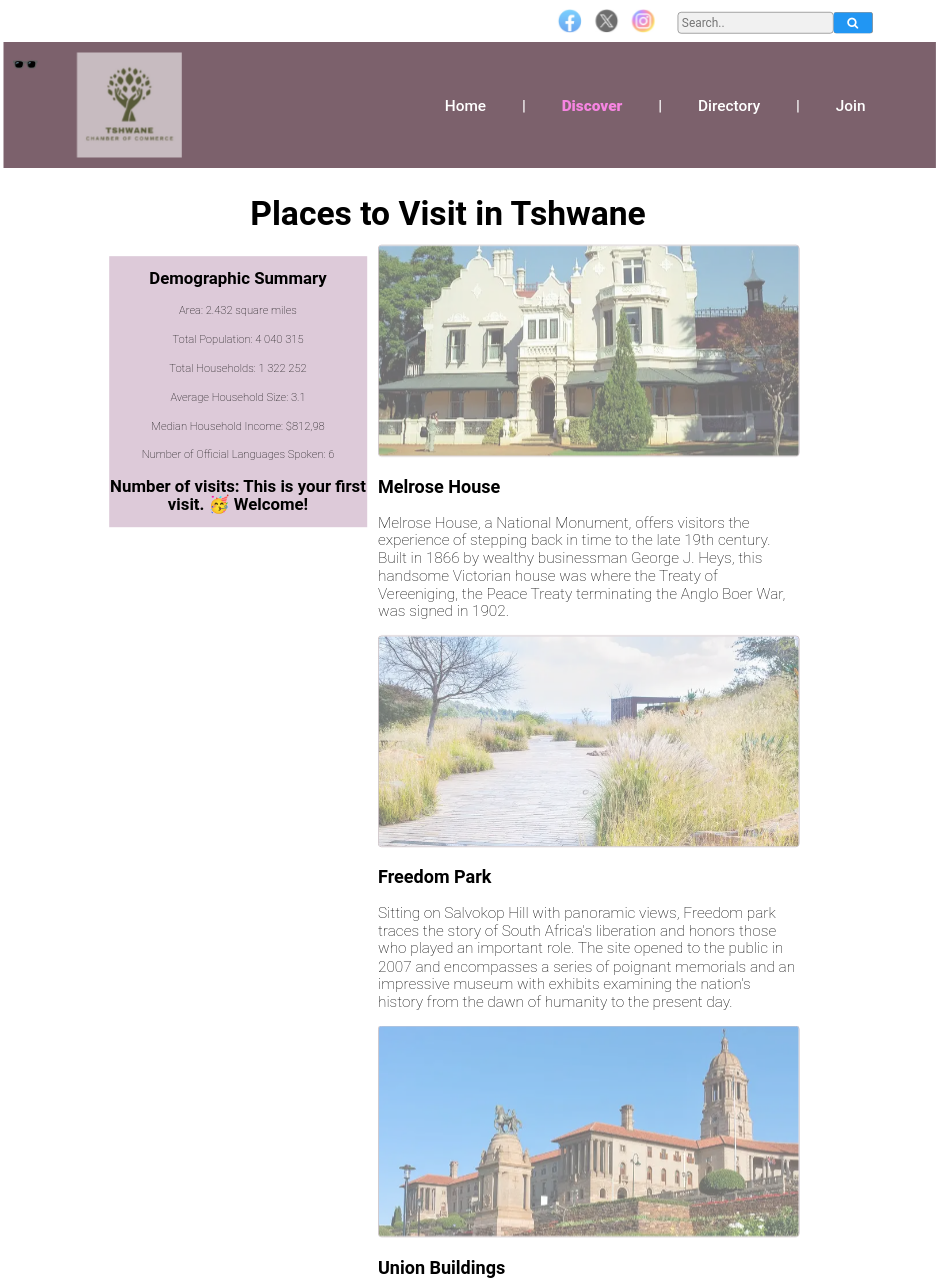
Repository: mszakutumela/wdd230
Page: chamber/discover.html
These files come from the project's save history. The page is drawn as it stood at one moment and after the next save; the edit follows.
The browser window is 1280 px wide. The page is 1337 px wide, so the pictures cover 1337 px, including what lies to the right of the window. The pictures show the part of the page from y = 0 to 1840 px (the page is 4226 px tall), at 70% of full size.
Some web fonts or font styles are not loaded; a fallback is used.

Above is the page before, as saved 2024-02-23 01:48:26.

### chamber/discover.html
<!DOCTYPE html>
<html lang="en">

<head>
    <meta charset="UTF-8">
    <meta http-equiv="X-UA-Compatible" content="IE=edge">
    <meta name="viewport" content="width=device-width, initial-scale=1.0">
    <title>Tshwane Chamber of Commerce Website - Discover Page</title>
    <meta name="description" content="Chamber of Commerce Website, Discover Page. WDD230 Project">
    <meta name="author" content="Ayanda Ndlovu">
    <meta property="og:title" content="Ayanda Ndlovu - Tshwane Chamber of Commerce">
    <meta property="og:type" content="website">
    <meta property="og:image" content="https://upload.wikimedia.org/wikipedia/commons/6/6b/Uniegebou.jpg">
    <meta property="og:url" content="https://mszakutumela.github.io/wdd230/chamber">
    <link rel="preconnect" href="https://fonts.googleapis.com">
    <link rel="preconnect" href="https://fonts.gstatic.com" crossorigin>
    <link
        href="https://fonts.googleapis.com/css2?family=Roboto+Serif:ital,opsz,wght@0,8..144,300;0,8..144,400;0,8..144,500;0,8..144,700;1,8..144,300;1,8..144,400;1,8..144,500;1,8..144,700&display=swap"
        rel="stylesheet">
    <link rel="stylesheet" href="styles/normalize.css">
    <link rel="stylesheet" href="styles/base.css">
    <link rel="stylesheet" href="styles/larger.css">
    <link rel="stylesheet" href="https://cdnjs.cloudflare.com/ajax/libs/font-awesome/4.7.0/css/font-awesome.min.css">
    <link rel="icon" href="favicon.ico">
</head>

<body>
    <header>
        <div class="socialHeader">
            <a href="https://facebook.com" target="_blank">
                <img src="images/FB_icon.webp" alt="fb icon">
            </a>
            <a href="https://twitter.com" target="_blank">
                <img src="images/twitter_icon.webp" alt="twitter icon">
            </a>
            <a href="https://instagram.com" target="_blank">
                <img src="images/Instagram_icon.webp" alt="instagram icon">
            </a>
        </div>
        <div class="container-a">
            <form class="searchBar" action="/action_page.php">
                <input type="text" placeholder="Search.." name="search">
                <button type="submit">
                    <i class="fa fa-search"></i>
                </button>
            </form>
        </div>
        <div id="darkButton">
            🕶️
        </div>
    </header>

    <nav>
        <div id="titleHeader">
            <img id="logoHeader" src="images/Logo(1).webp" alt="Logo of Tshwane Chamber of Commerce Website">
        </div>
        <button id="menuButton"></button>
        <ul class="menuLinks">
            <li><a id="mLinks1" href="index.html" title="Home">Home</a></li>
            <li><a id="line1" title="verticalLine">|</a></li>
            <li class="current-menu-item"><a id="mLinks2" class="active" href="discover.html"
                    title="Discover">Discover</a></li>
            <li><a id="line2" title="verticalLine">|</a></li>
            <li><a id="mLinks3" href="directory.html" title="Directory">Directory</a></li>
            <li><a id="line3" title="verticalLine">|</a></li>
            <li><a id="mLinks4" href="join.html" title="Join">Join</a></li>
        </ul>
    </nav>

    <main>
        <div class="discover">
            <h1>Places to Visit in Tshwane</h1>

            <section class="demographics">
                <h2>Demographic Summary</h2>
                <p><strong>Area:</strong> 2.432 square miles</p>
                <p><strong>Total Population:</strong> 4 040 315</p>
                <p><strong>Total Households:</strong> 1 322 252</p>
                <p><strong>Average Household Size:</strong> 3.1</p>
                <p><strong>Median Household Income:</strong> $812,98</p>
                <p><strong>Number of Official Languages Spoken:</strong> 6</p>
                <h2>Number of visits: <span class="visits"></span></h2>
            </section>
            <hr>
            <section class="discoverIMG">
                <picture>
                    <img src="images/south-africa-pretoria-melrose-house.webp" alt="Melrose House in Tshwane"
                        loading="lazy" width="500" height="auto">
                </picture>
                <h3>Melrose House</h3>
                <p>
                    Melrose House, a National Monument, offers visitors the experience of stepping back in time to the
                    late 19th century.
                    Built in 1866 by wealthy businessman George J. Heys, this handsome Victorian house was where the
                    Treaty of Vereeniging,
                    the Peace Treaty terminating the Anglo Boer War, was signed in 1902.
                </p>
                <picture>
                    <img src="images/south-africa-pretoria-top-attractions-freedom-park.webp"
                        alt="Freedom Park in Tshwane" loading="lazy" width="500" height="auto">
                </picture>
                <h3>Freedom Park</h3>
                <p>
                    Sitting on Salvokop Hill with panoramic views, Freedom park traces the story of South Africa's
                    liberation and honors those who played an important role.
                    The site opened to the public in 2007 and encompasses a series of poignant memorials and an
                    impressive museum with exhibits examining the nation's history
                    from the dawn of humanity to the present day.
                </p>
                <picture>
                    <img src="images/south-africa-pretoria-union-buildings.webp" alt="Union Buildings in Tshwane"
                        loading="lazy" width="500" height="auto">
                </picture>
                <h3>Union Buildings</h3>
                <p>
                    Set in beautiful gardens, the Union Buildings command the highest point of the city on Meintjieskop
                    Hill near historic Church Square, site
                    of the city's first settlement. Designed by Sir Herbert Baker in 1913, this impressive range of
                    sandstone buildings mixes Italian Renaissance,
                    English Renaissance, and Cape Dutch styles. It's the seat of government and also houses the offices
                    of the president and the state archives.
                </p>
                <picture>
                    <img src="images/south-africa-pretoria-voortrekker-monument.webp"
                        alt="Voortrekker Monument in Tshwane" loading="lazy" width="500" height="auto">
                </picture>
                <h3>Voortrekker Monument</h3>
                <p>
                    High on a hilltop south of the city center, the Voortrekker Monument is a South African National
                    Heritage site and one of the country's most visited
                    historic monuments. It was built in 1949 to commemorate the Voortrekkers, the Boers who pushed
                    northward into unknown territory in the mid 19th-century.
                    This 40-meter-high square granite structure is a prominent landmark in the city with steps leading
                    up to the Hall of Heroes, where 27 marble reliefs depict
                    the Great Trek of 1838. Surrounding the monument is a wall depicting ox-wagons representing the trek
                    wagons. On 16 December each year, a shaft of sunlight
                    shines through an opening in the dome and illuminates a cenotaph below, which reads. "Ons vir jou,
                    Suid-Afrika" ("We are for you, South Africa").
                </p>
                <picture>
                    <img src="images/south-africa-pretoria-zoo.webp" alt="Zoo in Tshwane" loading="lazy" width="500"
                        height="auto">
                </picture>
                <h3>Tshwane Zoo</h3>
                <p>
                    Spanning 85 hectares, the National Zoological Gardens of South Africa provides a full day of animal
                    fun for the family. This large zoo encompasses a
                    walk-through aviary, a reptile house with a collection of animals from all over the world, as well
                    as the country's only inland aquarium where visitors
                    can see many species of fish including ragged tooth sharks. Among the large mammal collection,
                    highlights include the lion and tiger exhibit, hippos,
                    and elephants. To tour the zoo, visitors can rent golf carts by the hour, ride the cableway for a
                    bird's-eye view, or stroll along the paths for a close-up
                    look at the animals; wear comfortable shoes as the grounds are expansive. Night visits and overnight
                    camping adventures are also available.
                </p>
                <picture>
                    <img src="images/ditsong-museum-south-africa-pretoria.webp" alt="Ditsong Museum in Tshwane"
                        loading="lazy" width="500" height="auto">
                </picture>
                <h3>Ditsong Museum</h3>
                <p>
                    Ditsong Museums of South Africa is a group of eight national museums with significant cultural
                    collections. The Ditsong National Museum of Natural History,
                    formerly known as the Transvaal Museum, has an extraordinary collection of mammals, amphibians,
                    fossils, geological specimens, and archaeological material.
                </p>
            </section>

        </div>
    </main>

    <footer>
        <div class="socialFooter">
            <a href="https://facebook.com" target="_blank">
                <img src="images/FB_icon.webp" alt="fb icon">
            </a>
            <a href="https://twitter.com" target="_blank">
                <img src="images/twitter_icon.webp" alt="twitter icon">
            </a>
            <a href="https://instagram.com" target="_blank">
                <img src="images/Instagram_icon.webp" alt="instagram icon">
            </a>
        </div>
        <div class="footer-info">
            <p>
                &copy; <span id="year"></span> | Tshwane Chamber of Commerce | WDD230 Project | Ayanda Ndlovu |
                Centurion
                - South Africa
            </p>
            <p>Last modified: <span id="lastModified"></span></p>
        </div>
        <div id="titleFooter">
            <a href="index.html">
                <img id="logoFooter" src="images/Logo(1).webp" alt="Logo of Tshwane Chamber of Commerce Website">
            </a>
        </div>
    </footer>
    <script src="scripts/scripts.js"></script>
</body>

</html>

### chamber/styles/base.css
/* Home Page */

body {
    display: flex;
    flex-direction: column;
    min-height: 100vh;
    background-color: white;
    font-family: 'Roboto', sans-serif;
    font-weight: 200;
    font-size: 22px;
    line-height: 1.15em;
    margin: 0;
    padding: 5px;
}

h1,
h2,
h3,
h4,
h5,
h6 {
    font-family: 'Roboto', sans-serif;
}

#titleHeader {
    display: flex;
    flex-direction: row;
    justify-content: center;
    align-items: center;
    padding: 5px;
    gap: 20px;
}

header {
    display: flex;
    flex-wrap: wrap;
    justify-content: right;
    margin-right: 25px;
    padding: .2rem;
    gap: 1rem;
    align-items: center;
}

/* Dark button */

#darkButton {
    position: absolute;
    left: 1rem;
    font-size: 2rem;
    cursor: pointer;
    top: 5rem;
}

/* Social Media Links */

.socialHeader {
    padding: 5px;
    display: flex;
    align-items: center;
    justify-content: right;
    gap: 0.5rem;
    width: 150px;
}

/* Search Bar */

.container-a {
    display: flex;
    justify-content: flex-end;
}

/* div.container-a > div {
    box-sizing: border-box;
    margin-right: 3%;
} */

form.searchBar input[type=text] {
    box-sizing: border-box;
    padding: 5px;
    font-size: 17px;
    border: 1px solid grey;
    float: left;
    width: 80%;
    background: #f1f1f1;
}

form.searchBar button {
    float: left;
    justify-content: space-around;
    width: 20%;
    border-radius: 4px;
    padding: 5px;
    background-color: #2196F3;
    color: white;
    font-size: 17px;
    border: 1px solid grey;
    border-left: none;
    cursor: pointer;
}

form.searchBar button:hover {
    background: #0b7dda;
}

/* form.searchBar::after {
    content: " ";
    clear: both;
    display: table;
} */

/* Logo and navigation bar */

img#logoHeader {
    max-width: 200px;
    justify-self: center;
    align-self: center;
}

nav {
    background-color: #7C616C;
    width: 100%;
    height: 80px;
    padding: 50px 50px;
    margin: auto;
    display: flex;
    flex-direction: row;
    justify-content: center;
    align-items: center;
    color: white;
}

nav #line1,
#line2,
#line3 {
    display: none;
}

#menuButton {
    position: absolute;
    top: 5rem;
    right: 2vw;
    background: none;
    border: none;
    color: #E5E9EC;
    cursor: pointer;
    font-size: 2rem;
    width: 44px;
    text-align: right;
    padding: .25rem 2vw;
}

#menuButton::before {
    font-size: 2rem;
    content: "\2630";
}

#menuButton.open::before {
    font-size: 1.5rem;
    content: "❎";
}

.menuLinks {
    color: black;
    display: flex;
    flex-direction: column;
    list-style: none;
    margin: 0;
    padding: 0;
    justify-content: space-around;
}

ul.menuLinks li a {
    display: block;
    justify-content: center;
    color: black;
    padding: .75rem 2vw;
    text-decoration: none;
    font-weight: 500;
}

.menuLinks li #mLinks1:hover {
    text-decoration: underline;
    color: #E5E9EC;
    font-weight: 900;
    display: flex;
}

.menuLinks li #mLinks2:hover {
    text-decoration: underline;
    color: #E5E9EC;
    font-weight: 900;
    display: flex;
}

.menuLinks li #mLinks3:hover {
    text-decoration: underline;
    color: #E5E9EC;
    font-weight: 900;
    display: flex;
}

.menuLinks li #mLinks4:hover {
    text-decoration: underline;
    color: #E5E9EC;
    font-weight: 900;
    display: flex;
}

ul.menuLinks {
    display: none;
    list-style-type: none;
}

.open li {
    display: block;
    text-align: center;
    width: 100%;
}

ul.menuLinks.open {
    display: flex;
    flex-direction: column;
    align-items: center;
}

.menuLinks .active {
    /* color: #3C1518; */
    color: #f785e2;
    font-weight: 900;
}

nav a.menu-item {
    display: none;
}

/* Discover Page */

div.discover {
    background-color: #DDCAD9;
    display: flex;
    flex-direction: column;
    padding: 20px;
}

div.discover h1 {
    text-align: center;
    color: black;
    font-size: 2rem;
}

div.discover hr {
    height: 2px;
    background-color: #7C616C;
    margin: 10px;
}

section.demographics {
    text-align: center;
    margin: 1rem;
}

section.demographics h2 {
    font-size: 1.5rem;
}

section.demographics p {
    font-size: 1rem;
}

section.demographics strong {
    font-size: 1rem;
    font-weight: 200;
}

section.discoverIMG img {
    width: 100%;
    height: auto;
    align-self: center;
    border-radius: 5px;
    border: solid 1px #7C616C;
}

/* main {
    display: block;
    display: flex;
    flex-direction: column;
} */

img {
    width: 100%;
    background: black;
    animation: fade 15s;
}

@keyframes fade {
    0% {
        opacity: 0;
    }

    100% {
        opacity: 1;
    }
}

/* Join Page */

:root {
    --formBorder: #D1B1CB;
    --formText: black;
    --formButton: #D1B1CB;
    --levelsBackground: #E5E9EC;
    /* --border: hsla(0, 0%, 20%, .8);
    --borderlight: hsla(0, 0%, 33%, .3);
    --shadow: hsl(0, 0%, 50%);
    --zebra: hsl(0, 0%, 93%, 1); */
}

div.join {
    display: flex;
    flex-direction: column;
    align-items: center;
    justify-content: center;
    /* grid-template-columns: repeat(2, 1fr);
    grid-template-columns: repeat(3,1fr); */
    gap: 30px;
    padding-bottom: 50px;
}

div.join h1 {
    text-align: center;
    justify-content: center;
    /* margin-left: 55px; */
    color: var(--formText);
    position: relative;
    font-size: 2rem;
    /* display: inline-block; */
}

main .join p {
    margin-top: 0;
    font-size: 17px;
}

/* section.form {
    display: flex;
} */

form fieldset {
    margin: 2rem 0;
    border: 2px solid var(--formBorder);
    border-radius: 10px;
    padding: 20px;
    margin-top: 50px;
    width: 400px;
    height: auto;
}

/* form label {
    display: block;
    margin-bottom: 1rem;
} */

form textarea {
    width: 20rem;
    height: 5rem;
}

/* form fieldset {
    margin-bottom: 1rem;
} */

form fieldset label {
    margin: 0.5rem 0;
}

form fieldset legend {
    margin: 0 1rem;
    padding: 0 0.5rem;
    font-size: 22px;
    font-weight: 700;
}

form input[type="text"],
form input[type="email"],
form input[type="tel"] {
    display: block;
    width: 20rem;
    padding: .5rem;
    border-radius: 5px;
}

form input[type="submit"] {
    width: 15rem;
    border: solid var(--formButton) 1px;
    padding: 1rem;
    background-color: var(--formButton);
    border-radius: 10px;
    cursor: pointer;
    color: var(--formText);
    font-weight: 500;
    margin-left: 100px;
}

section.levelsInfo {
    display: flex;
    flex-direction: column;
    text-align: center;
    margin: 0;
    background-color: var(--levelsBackground);
    padding: 10px;
    border-radius: 10px;
    padding: 15px;
    height: 570px;
    margin-top: 65px;
}

section.levelsInfo h3 {
    margin-bottom: 0;
    font-size: 20px;
}

section.levelsInfo h2 {
    font-size: 30px;
}

section.levelsInfo p {
    margin: 0 0.5rem;
    text-align: left;
}

form label.top {
    font-size: 16px;
}

form div.mlHeading {
    font-size: 16px;
    text-decoration: underline;
}

form label.bottom {
    font-size: 16px;
}

form label.top input:required {
    border-left: red solid 6px;
}

form label.top input:required:valid {
    border-left: green solid 6px;
}

form label.sbs {
    display: block;
    padding: 0.48rem;
    font-size: 16px;
}

form label.sbs input {
    margin: 5px;
}

main .thanksTitle {
    text-align: center;
    color: var(--formText);
    position: relative;
    display: inline-block;
}

main #thanksMsg {
    text-align: center;
}

/*----- Clearfix: Force an Element not to collapse -----*/
/* .clearfix:after {
    content: "";
    display: table;
    clear: both;
} */

/* Directory Page */

h1.headingD {
    text-align: center;
    color: black;
    font-size: 2rem;
}

div.bMenu {
    text-align: center;
}

div.bMenu button {
    margin: 0 0.5rem;
    padding: 0.5rem 1rem;
    border-radius: 5px;
    border: solid 1px #DDCAD9;
}

div#members a {
    color: navy;
}

div#members img {
    max-width: 100%;
    height: auto;
}

div.grid {
    max-width: 1000px;
    display: grid;
    grid-template-columns: repeat(auto-fit, minmax(320px, 1fr));
    gap: 0.5rem;
    margin: 1rem auto;
}

div.grid section {
    text-align: center;
    margin: 0.5rem;
    border: solid 2px #DDCAD9;
    border-radius: 5px;
    padding: 0.5rem;
}

img {
    width: 75%;
    height: auto;
}

div.grid img {
    max-width: 100%;
    margin: 1rem;
}

div.grid h3 {
    margin: 0.2rem 0;
}

div.grid p {
    margin: 0.2rem 0;
    font-size: 1rem;
}

div.list {
    /* display: flex;
   flex-direction: column;
   width: auto;
   height: auto; */
    max-width: 1000px;
    margin: 1rem auto;
}

div.list section {
    display: grid;
    grid-template-columns: 1fr;
    text-align: center;
    margin: 0.5rem;
    padding: 0.5rem;
    border: solid 2px #DDCAD9;
    border-radius: 5px;
    overflow: hidden;
    align-items: center;
    justify-content: center;
}

/* div.list section > * {
    margin: 0.1rem;
} */

div.list img {
    display: none;
}

div.list section h3 {
    margin: 0.2rem 0;
    font-size: 1rem;
    /* font-size: 1rem;
    margin: 10px; */
}

div.list section p {
    margin: 0.2rem 0;
    font-size: 0.8rem;
    gap: 1rem;
    /* font-weight: 300;
    font-size: smaller;
    margin: 10px; */
}

div.list section:nth-child(even) {
    background-color: rgb(241, 248, 246);
}


/* Footer */

footer {
    background-color: #7C616C;
    width: 100%;
    height: 100px;
    padding: 25px 25px;
    margin: auto;
    display: flex;
    flex-direction: row;
    justify-content: space-around;
    align-items: center;
    color: white;
}

.socialFooter {
    padding: 5px;
    display: flex;
    justify-content: left;
    gap: 0.5rem;
    width: 150px;
}

footer p {
    font-size: .8rem;
    margin: 5px;
    text-align: center;
}

.footer-info {
    display: flex;
    flex-direction: column;
    align-items: center;
    gap: 0.2rem;
}

#titleFooter {
    display: flex;
    flex-direction: row;
    justify-content: right;
    padding: 5px;
    gap: 20px;
}

#logoFooter {
    max-width: 160px;
    justify-self: center;
    align-self: center;
}

Loaded but not shown: chamber/styles/normalize.css (library); chamber/scripts/scripts.js (70 lines, source omitted); chamber/styles/larger.css (175 lines, source omitted)

After the next save:
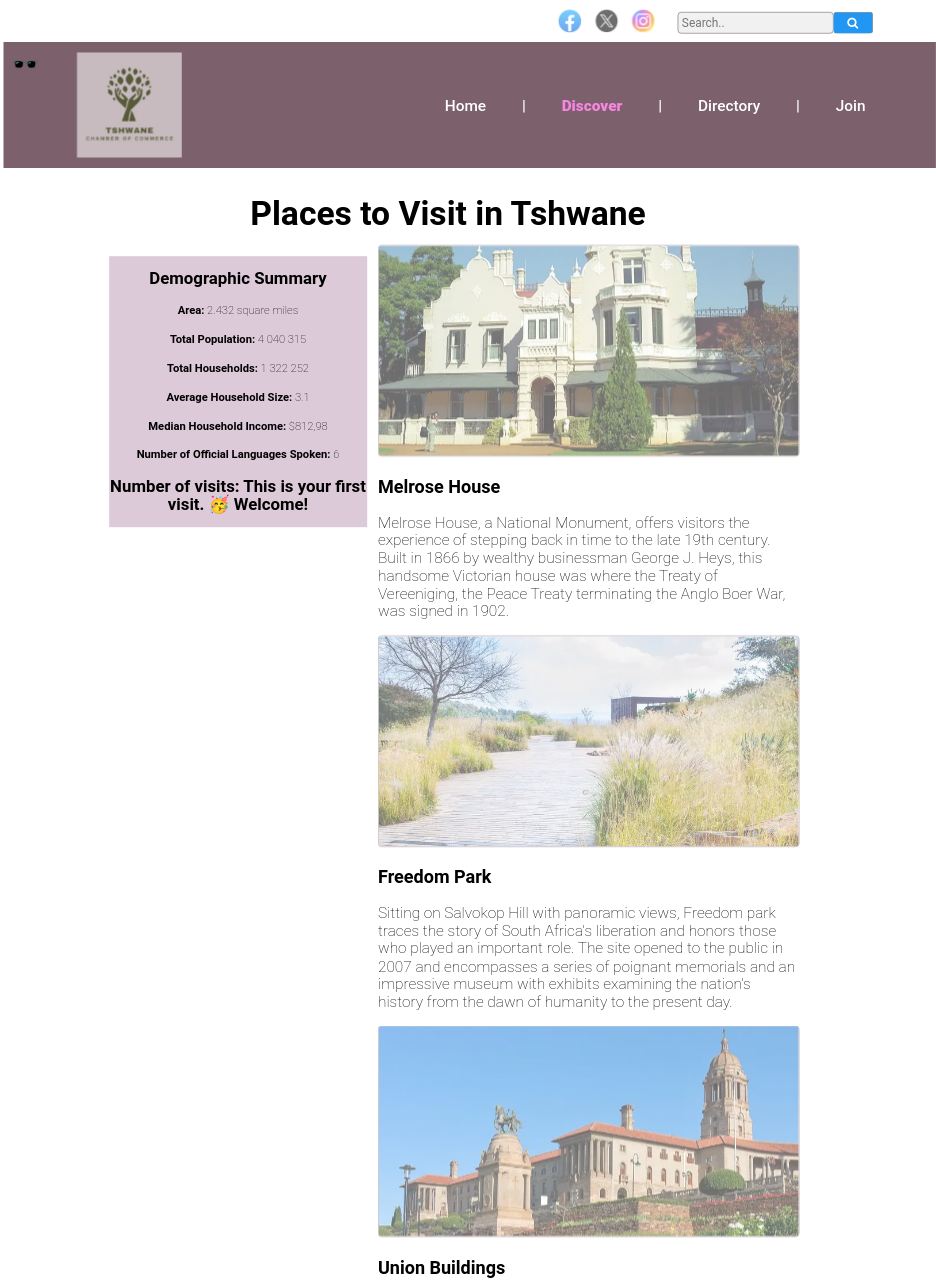
Saved 6 s later.
--- a/chamber/styles/base.css
+++ b/chamber/styles/base.css
@@ -269,7 +269,7 @@
 
 section.demographics strong {
     font-size: 1rem;
-    font-weight: 200;
+    font-weight: 600;
 }
 
 section.discoverIMG img {
